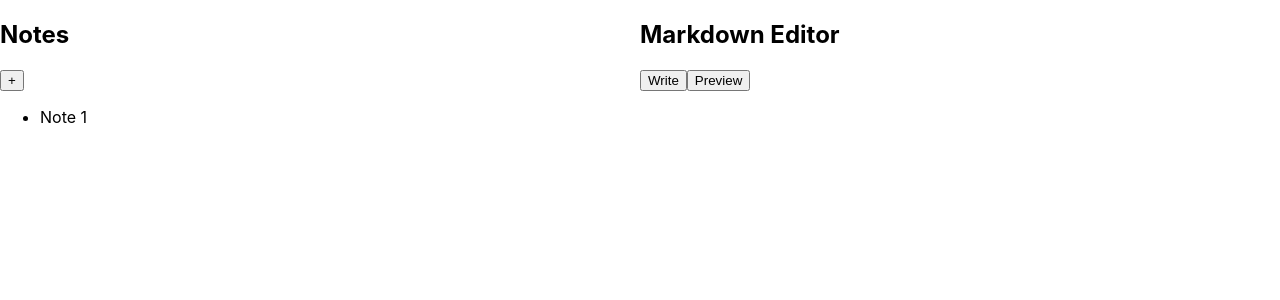
Repository: sriram1224/markdown_editor
Page: /
These files come from the project's save history. The page is drawn as it stood at one moment and after the next save; the edit follows.
The browser window is 1280 px wide. The pictures show the whole page.
The project was rebuilt for these pictures with package versions that can differ from the ones it lists, and the page was loaded fresh each time.

Above is the page before, as saved 2024-04-22 20:14:34.

### src/App.js

import MarkdownEditor from './Components/Markdown';
function App() {
  return (
    <div>
     <MarkdownEditor />
    </div>
  );
}

export default App;

### src/Components/Markdown.js
import React, { useState } from 'react';
import ReactMarkdown from 'react-markdown';

const MarkdownEditor = () => {
  const [notes, setNotes] = useState([{ id: 1, content: '' }]);
  const [currentNoteId, setCurrentNoteId] = useState(1);
  const [markdownContent, setMarkdownContent] = useState('');
  const [showEditor, setShowEditor] = useState(false);

  const handleNoteAdd = () => {
    const newNoteId = currentNoteId + 1;
    setNotes([...notes, { id: newNoteId, content: '' }]);
    setCurrentNoteId(newNoteId);
    setMarkdownContent('');
    setShowEditor(true);
  };

  const handleNoteChange = (id, content) => {
    const updatedNotes = notes.map((note) =>
      note.id === id ? { ...note, content } : note
    );
    setNotes(updatedNotes);
  };

  const handleEditorChange = (content) => {
    setMarkdownContent(content);
    handleNoteChange(currentNoteId, content);
  };

  const handleNoteClick = (id) => {
    const note = notes.find(note => note.id === id);
    if (note) {
      setCurrentNoteId(id);
      setMarkdownContent(note.content);
      setShowEditor(true);
    }
  };

    return (
    <div>
      <div style={{ float: 'left', width: '50%' }}>
        <h2>Notes</h2><button onClick={handleNoteAdd}>+</button>
        <ul>
          {notes.map((note) => (
            <li key={note.id} onClick={() => handleNoteClick(note.id)}>
              Note {note.id}
            </li>
          ))}
        </ul>

      </div>
      <div style={{ float: 'left', width: '50%' }}>
        <h2>Markdown Editor</h2>
        <div>
          <button onClick={() => setShowEditor(true)}>Write</button>
          <button onClick={() => setShowEditor(false)}>Preview</button>
        </div>
        {showEditor ? (
          <textarea
            value={markdownContent}
            onChange={(e) => handleEditorChange(e.target.value)}
            style={{ width: '100%', height: '300px' }}
          />
        ) : (
          <ReactMarkdown>{markdownContent}</ReactMarkdown>
        )}
      </div>
    </div>
  );
};

export default MarkdownEditor;

Loaded but not shown: public/index.html (common file); src/index.js (common file); src/index.css (common file); src/reportWebVitals.js (common file)

After the next save:
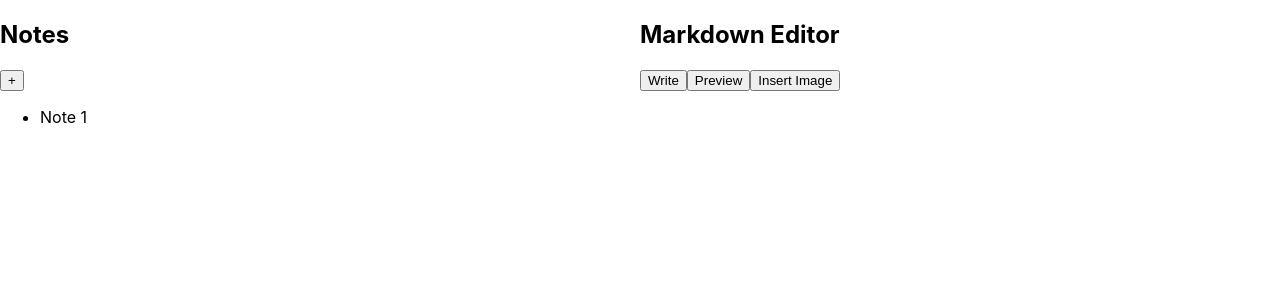
Saved 3 min 19 s later.
--- a/src/Components/Markdown.js
+++ b/src/Components/Markdown.js
@@ -6,6 +6,8 @@
   const [currentNoteId, setCurrentNoteId] = useState(1);
   const [markdownContent, setMarkdownContent] = useState('');
   const [showEditor, setShowEditor] = useState(false);
+  const [showImageInput, setShowImageInput] = useState(false);
+  const [imageUrl, setImageUrl] = useState('');
 
   const handleNoteAdd = () => {
     const newNoteId = currentNoteId + 1;
@@ -28,7 +30,7 @@
   };
 
   const handleNoteClick = (id) => {
-    const note = notes.find(note => note.id === id);
+    const note = notes.find((note) => note.id === id);
     if (note) {
       setCurrentNoteId(id);
       setMarkdownContent(note.content);
@@ -36,10 +38,29 @@
     }
   };
 
-    return (
+  const handleInsertImage = () => {
+    setShowImageInput(true);
+  };
+
+  const handleImageInputChange = (e) => {
+    setImageUrl(e.target.value);
+  };
+
+  const handleImageInsertConfirm = () => {
+    if (imageUrl.trim() !== '') {
+      const newContent = `${markdownContent}\n![Image](${imageUrl})`;
+      setMarkdownContent(newContent);
+      handleEditorChange(newContent);
+    }
+    setShowImageInput(false);
+    setImageUrl('');
+  };
+
+  return (
     <div>
       <div style={{ float: 'left', width: '50%' }}>
-        <h2>Notes</h2><button onClick={handleNoteAdd}>+</button>
+        <h2>Notes</h2>
+        <button onClick={handleNoteAdd}>+</button>
         <ul>
           {notes.map((note) => (
             <li key={note.id} onClick={() => handleNoteClick(note.id)}>
@@ -47,20 +68,33 @@
             </li>
           ))}
         </ul>
-
       </div>
       <div style={{ float: 'left', width: '50%' }}>
         <h2>Markdown Editor</h2>
         <div>
           <button onClick={() => setShowEditor(true)}>Write</button>
           <button onClick={() => setShowEditor(false)}>Preview</button>
+          <button onClick={handleInsertImage}>Insert Image</button>
         </div>
         {showEditor ? (
-          <textarea
-            value={markdownContent}
-            onChange={(e) => handleEditorChange(e.target.value)}
-            style={{ width: '100%', height: '300px' }}
-          />
+          <>
+            <textarea
+              value={markdownContent}
+              onChange={(e) => handleEditorChange(e.target.value)}
+              style={{ width: '100%', height: '300px' }}
+            />
+            {showImageInput && (
+              <div>
+                <input
+                  type="text"
+                  value={imageUrl}
+                  onChange={handleImageInputChange}
+                  placeholder="Enter image URL"
+                />
+                <button onClick={handleImageInsertConfirm}>Insert</button>
+              </div>
+            )}
+          </>
         ) : (
           <ReactMarkdown>{markdownContent}</ReactMarkdown>
         )}

After the save that followed:
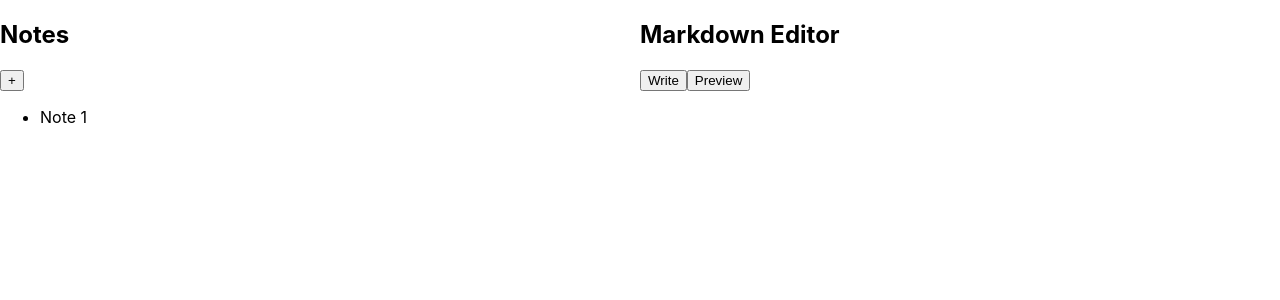
Saved 29 s later.
--- a/src/Components/Markdown.js
+++ b/src/Components/Markdown.js
@@ -6,8 +6,6 @@
   const [currentNoteId, setCurrentNoteId] = useState(1);
   const [markdownContent, setMarkdownContent] = useState('');
   const [showEditor, setShowEditor] = useState(false);
-  const [showImageInput, setShowImageInput] = useState(false);
-  const [imageUrl, setImageUrl] = useState('');
 
   const handleNoteAdd = () => {
     const newNoteId = currentNoteId + 1;
@@ -30,7 +28,7 @@
   };
 
   const handleNoteClick = (id) => {
-    const note = notes.find((note) => note.id === id);
+    const note = notes.find(note => note.id === id);
     if (note) {
       setCurrentNoteId(id);
       setMarkdownContent(note.content);
@@ -38,29 +36,10 @@
     }
   };
 
-  const handleInsertImage = () => {
-    setShowImageInput(true);
-  };
-
-  const handleImageInputChange = (e) => {
-    setImageUrl(e.target.value);
-  };
-
-  const handleImageInsertConfirm = () => {
-    if (imageUrl.trim() !== '') {
-      const newContent = `${markdownContent}\n![Image](${imageUrl})`;
-      setMarkdownContent(newContent);
-      handleEditorChange(newContent);
-    }
-    setShowImageInput(false);
-    setImageUrl('');
-  };
-
-  return (
+    return (
     <div>
       <div style={{ float: 'left', width: '50%' }}>
-        <h2>Notes</h2>
-        <button onClick={handleNoteAdd}>+</button>
+        <h2>Notes</h2><button onClick={handleNoteAdd}>+</button>
         <ul>
           {notes.map((note) => (
             <li key={note.id} onClick={() => handleNoteClick(note.id)}>
@@ -68,33 +47,20 @@
             </li>
           ))}
         </ul>
+
       </div>
       <div style={{ float: 'left', width: '50%' }}>
         <h2>Markdown Editor</h2>
         <div>
           <button onClick={() => setShowEditor(true)}>Write</button>
           <button onClick={() => setShowEditor(false)}>Preview</button>
-          <button onClick={handleInsertImage}>Insert Image</button>
         </div>
         {showEditor ? (
-          <>
-            <textarea
-              value={markdownContent}
-              onChange={(e) => handleEditorChange(e.target.value)}
-              style={{ width: '100%', height: '300px' }}
-            />
-            {showImageInput && (
-              <div>
-                <input
-                  type="text"
-                  value={imageUrl}
-                  onChange={handleImageInputChange}
-                  placeholder="Enter image URL"
-                />
-                <button onClick={handleImageInsertConfirm}>Insert</button>
-              </div>
-            )}
-          </>
+          <textarea
+            value={markdownContent}
+            onChange={(e) => handleEditorChange(e.target.value)}
+            style={{ width: '100%', height: '300px' }}
+          />
         ) : (
           <ReactMarkdown>{markdownContent}</ReactMarkdown>
         )}
